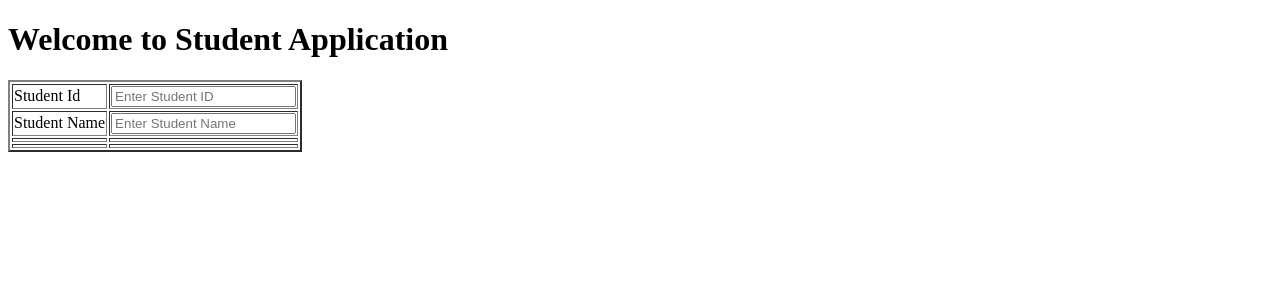
Repository: pathanking/srkr
Page: student-app/src/main/webapp/add-student.htm
The author's editor kept a copy of each file at every save. The page is drawn from the files as they stood at one save, then again after the next save.
The browser window is 1280 px wide. The pictures show the whole page.

Above is the page before, as saved 2023-06-14 09:43:16.

### student-app/src/main/webapp/add-student.htm
<!DOCTYPE html>
<html>
<head>
<meta charset="windows-1256">
<title>Add Student</title>
</head>
<body>
	<h1>Welcome to Student Application</h1>

	<form action="">
		<table border="2px solid black">
			<tr>
				<td>Student Id</td>
				<td><input type="number" name="stdid" placeholder="Enter Student ID"> </td>
			</tr>
			<tr>
				<td>Student Name</td>
				<td><input type="text" name="stdnm" placeholder="Enter Student Name"> </td>
			</tr>
			<tr>
				<td></td>
				<td></td>
			</tr>
			<tr>
				<td></td>
				<td></td>
			</tr>
		</table>
	</form>


</body>
</html>

After the next save:
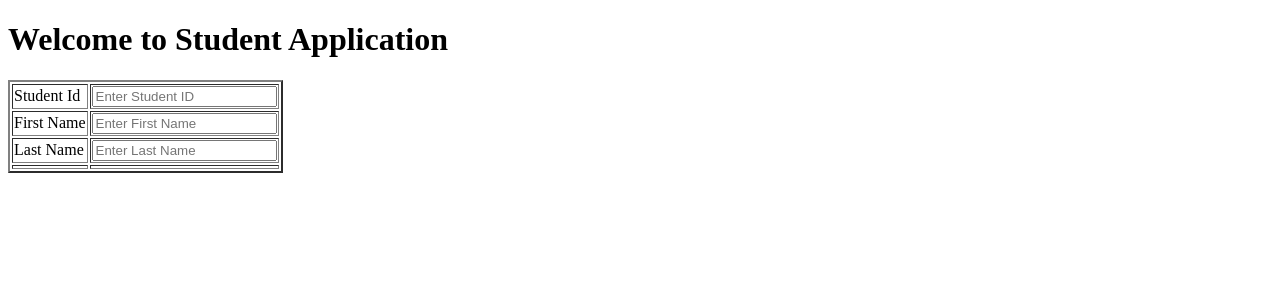
Saved 78 s later.
--- a/student-app/src/main/webapp/add-student.htm
+++ b/student-app/src/main/webapp/add-student.htm
@@ -14,12 +14,12 @@
 				<td><input type="number" name="stdid" placeholder="Enter Student ID"> </td>
 			</tr>
 			<tr>
-				<td>Student Name</td>
-				<td><input type="text" name="stdnm" placeholder="Enter Student Name"> </td>
+				<td>First Name</td>
+				<td><input type="text" name="firstnm" placeholder="Enter First Name"> </td>
 			</tr>
 			<tr>
-				<td></td>
-				<td></td>
+				<td>Last Name</td>
+				<td><input type="text" name="lastnm" placeholder="Enter Last Name"></td>
 			</tr>
 			<tr>
 				<td></td>
